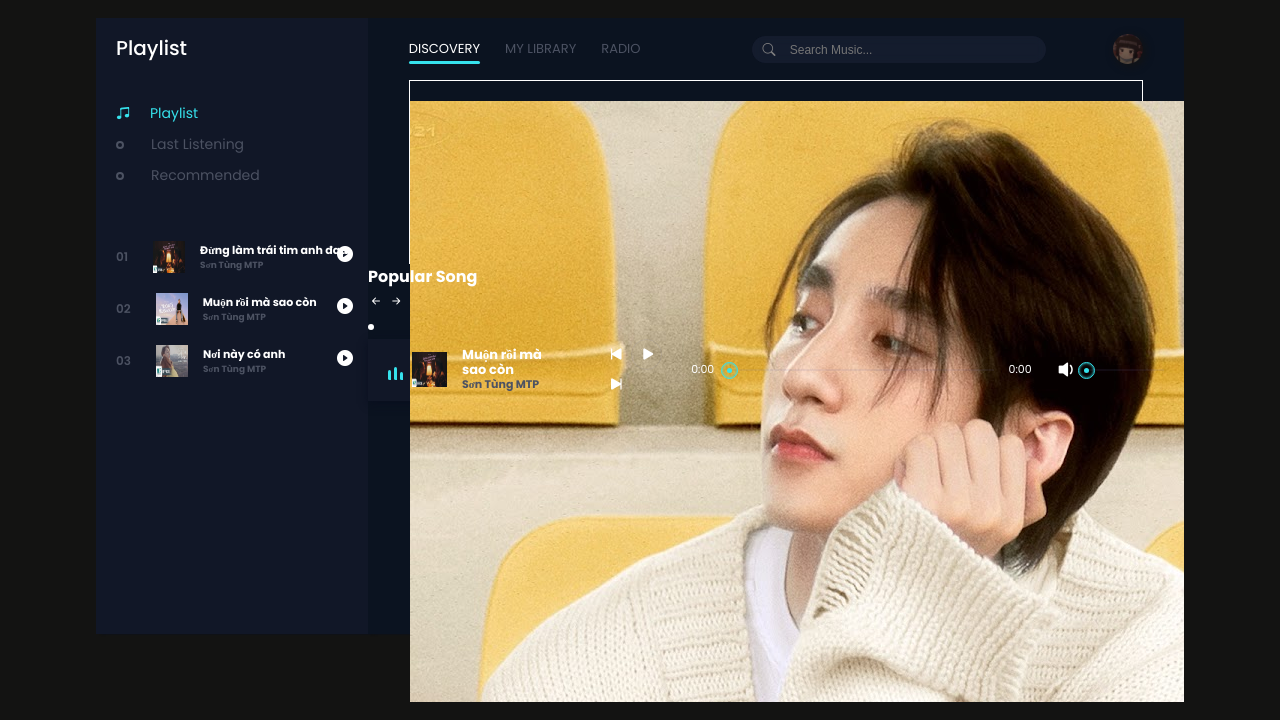
Repository: reminzuetto/Music-Website
Page: index.html
An editor plug-in stored every save of this project. The page is shown before and after the next save, followed by the edit.
The browser window is 1280 px wide. The pictures show the whole page.

Above is the page before, as saved 2024-06-11 04:16:34.

After the next save:
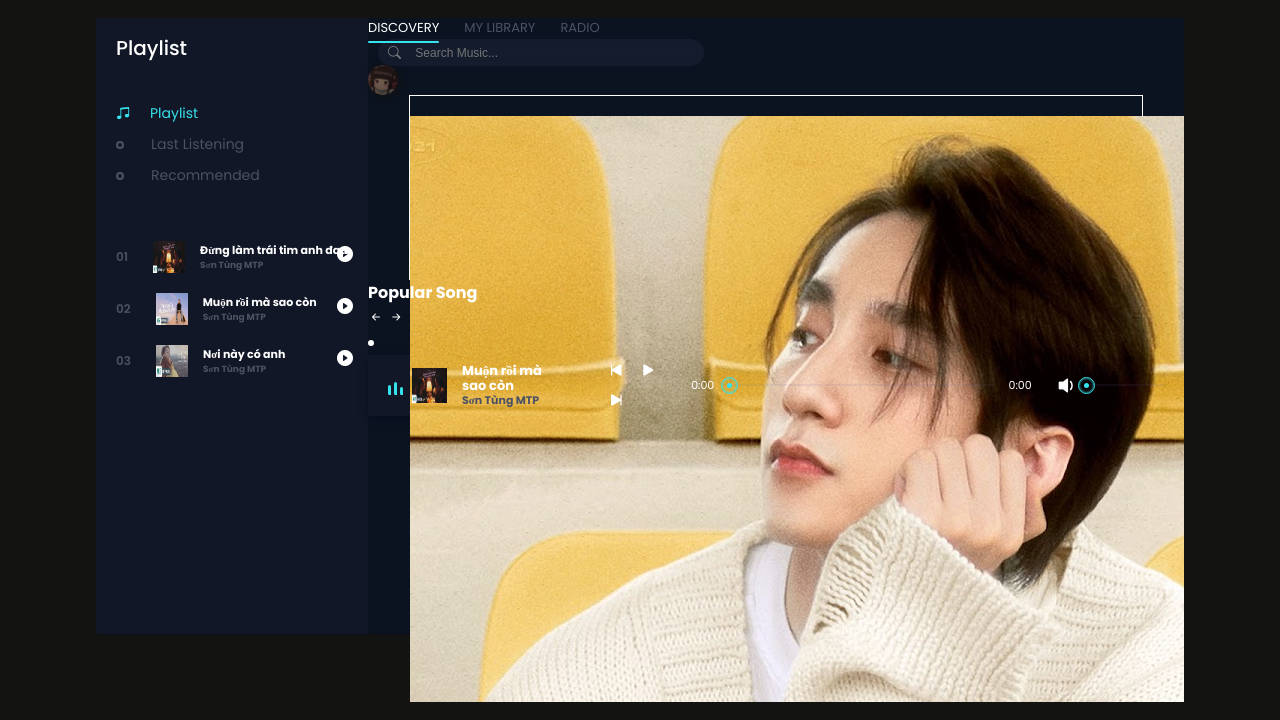
Saved 16 s later.
--- a/style.css
+++ b/style.css
@@ -365,12 +365,10 @@
 header .song_side {
   z-index: 2;
 }
-
-header .song_side nav {
+y header .song_side nav {
   width: 90%;
   height: 10%;
   margin: auto;
-  /* border: 1px solid #fff; */
   display: flex;
   align-items: center;
   justify-content: space-between;

After the save that followed:
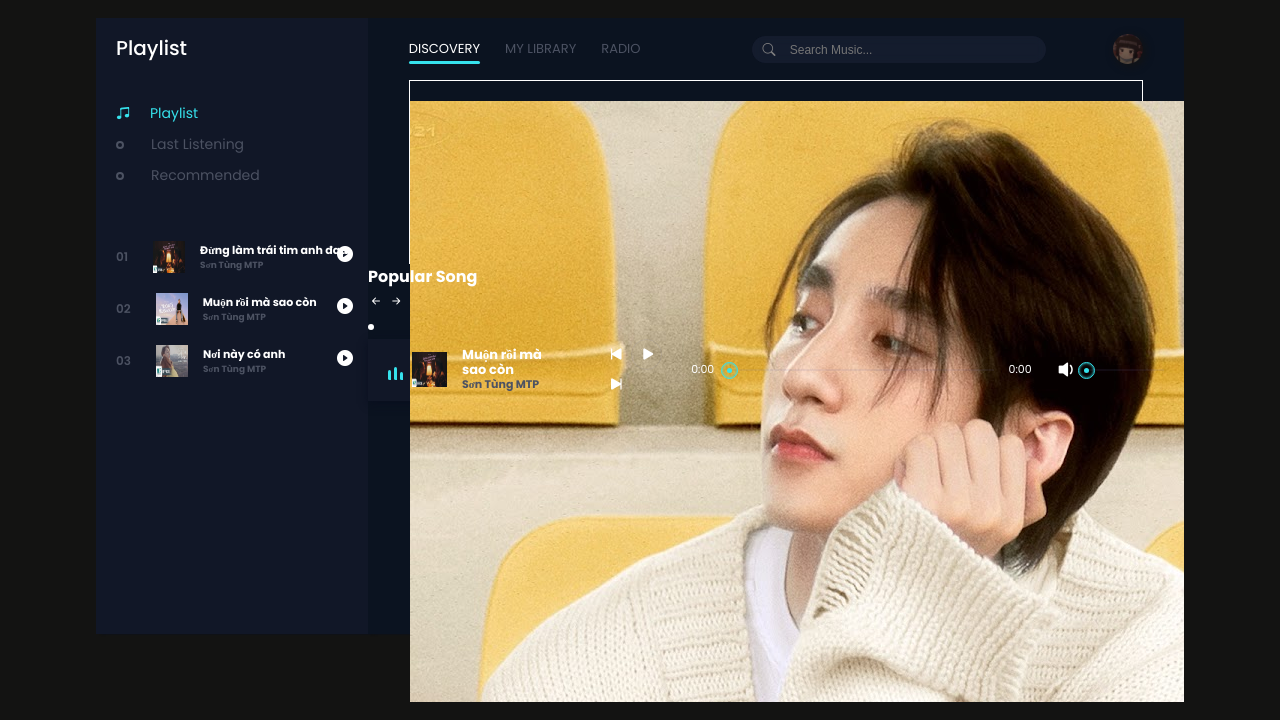
Saved 4 s later.
--- a/style.css
+++ b/style.css
@@ -365,10 +365,12 @@
 header .song_side {
   z-index: 2;
 }
-y header .song_side nav {
+
+header .song_side nav {
   width: 90%;
   height: 10%;
   margin: auto;
+  /* border: 1px solid #fff; */
   display: flex;
   align-items: center;
   justify-content: space-between;
